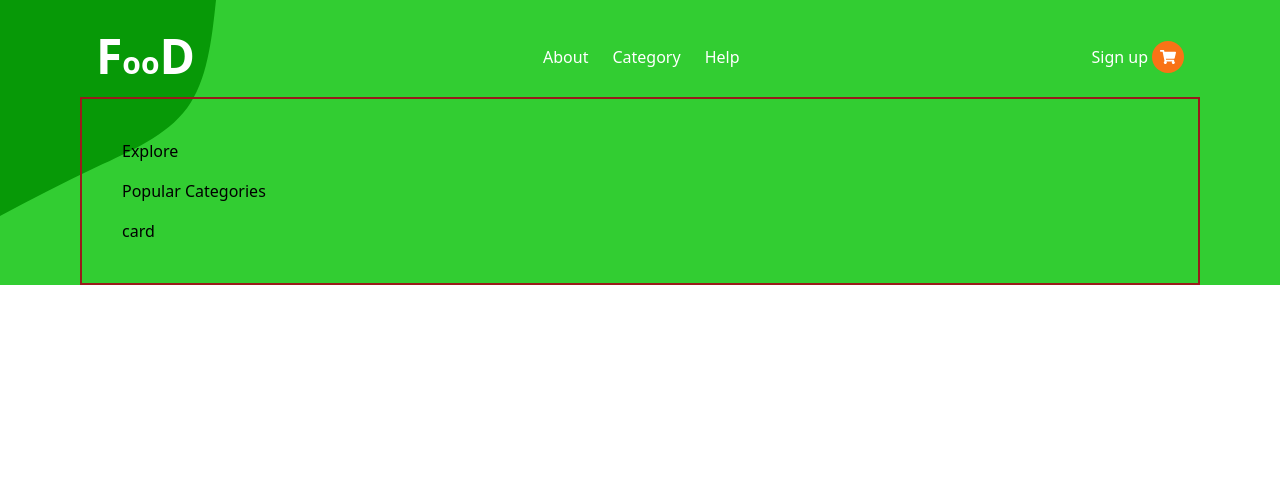
Repository: KhushiCode14/FoodWeb
Page: /category (app in frontend/)
An editor plug-in stored every save of this project. The page is shown before and after the next save, followed by the edit.
The browser window is 1280 px wide. The pictures show the whole page.
The project was rebuilt for these pictures with package versions that can differ from the ones it lists, and the page was loaded fresh each time. Also part of the build but not shown: frontend/src/Pages/Home.tsx, frontend/src/components/Home/SignUp.tsx, frontend/src/components/Home/SignIn.tsx, frontend/src/components/Home/Cart.tsx.

Above is the page before, as saved 2024-09-24 12:05:16.

### frontend/src/index.css
@tailwind base;
@tailwind components;
@tailwind utilities;

.bgBack{
  background-image: url(../src/components/images/background.svg);
}
.bgSignUp{
  background-image:url(../src/components/images/signUpBg.jpeg);
}
.SignUpShadow{
  box-shadow: rgba(0, 0, 0, 0.24) 0px 3px 8px;
}

### frontend/src/App.tsx
import { Route, BrowserRouter as Router, Routes, } from 'react-router-dom';
import './App.css';
import Navbar from './Pages/Navbar';
import Home from './Pages/Home';
import SignUp from './components/Home/SignUp';
import SignIn from './components/Home/SignIn';
import Cart from './components/Home/Cart';
import Category from './components/categories/Category';

function App() {
  return (
    <div className="App bgBack m-0 px-20 pt-2 max-sm:px-3 max-sm:pt-1">
      <Router>
        <Navbar />
        <Routes>
          <Route path="/" element={<Home />} />
          <Route path="/signUp" element={<SignUp />} />
          {/* Sign Up: This action is for new users who want to create an account. */}
          <Route path="/signIn" element={<SignIn />} />
          {/* Sign In: This action is for users who already have an account */}
          <Route path="/cart" element={<Cart />} />
         <Route  path="/category" element={<Category/>} />
          {/*<Route  path="/contact" element={Contact} /> */}
        </Routes>

      </Router>

    </div>
  );
}

export default App;

### frontend/src/Pages/Navbar.tsx
import { NavLink, Link } from "react-router-dom";
import { FaShoppingCart, FaCartPlus } from "react-icons/fa";
import { useState } from "react";
import { IoReorderThreeOutline } from "react-icons/io5";

interface Nav {
  to: string;
  linkName: string;
}

const Navbar: React.FC = () => {
  const [sign, setSign] = useState<string>('Sign up');
  const [menu, setMenu] = useState<boolean>(false);
  const [cart, setCart] = useState<JSX.Element>(<FaShoppingCart />);

  const navLinks: Nav[] = [
    { to: "/about", linkName: "About" },
    { to: "/category", linkName: "Category" },
    { to: "/help", linkName: "Help" },
  ];

  const handleSignToggle = () => {
    setSign((prev) => (prev === 'Sign up' ? 'Sign in' : 'Sign up'));
  };

  const handleCartToggle = () => {
    setCart((prevCart) =>
      prevCart.type === FaShoppingCart ? <FaCartPlus /> : <FaShoppingCart />
    );
  };

  return (
    <div className="mt-2 flex justify-between items-center text-white  p-4">
      <div className="font-bold text-3xl">
        <Link to="/">
          <span className="text-5xl">F</span>oo<span className="text-5xl">D</span>
        </Link>
      </div>

      {/* Desktop Menu */}
      <div className="hidden md:flex">
        {navLinks.map((link, index) => (
          <Link key={index} to={link.to} className="mx-3 hover:text-gray-400">
            {link.linkName}
          </Link>
        ))}
      </div>

      {/* Mobile Menu Button */}
      <div className="flex items-center relative">
        <button className="hidden md:block">
          <NavLink to="/signUp" onClick={handleSignToggle} className="m-1">
            {sign}
          </NavLink>
        </button>

        <div onClick={handleCartToggle} className="bg-orange-500 p-2 rounded-full cursor-pointer">
         <Link to="/cart"> {cart}</Link>
        </div>

        <div className="md:hidden flex items-center ml-3">
          <IoReorderThreeOutline onClick={() => setMenu(!menu)} className="text-2xl cursor-pointer" />
        </div>
      </div>

      {/* Mobile Dropdown Menu */}
      {menu && (
        <div className="md:hidden mt-2 absolute right-0 w-40 bg-orange-500  p-2 rounded-lg z-10 top-20">
          <ul className="flex flex-col">
            {navLinks.map((link, index) => (
              <li key={index} className="my-1">
                <Link to={link.to} className="block px-4 py-2 text-white text-1xl  hover:bg-orange-800 rounded">
                  {link.linkName}
                </Link>
              </li>
            ))}
          </ul>
        </div>
      )}
    </div>
  );
};

export default Navbar;

### frontend/src/components/categories/Category.tsx
import React from 'react'

const Category = () => {
  return (
    <div className='flex flex-col p-10 border-red-800 border-2 gap-4 justify-between'>
      <div className='flex-1'><button>Explore</button></div>
      <div className='flex-1' ><h1>Popular Categories</h1></div>
      {/* cards */}
      <div className='flex-1'>card </div>
    </div>
  )
}

export default Category

### frontend/tailwind.config.js
/** @type {import('tailwindcss').Config} */
module.exports = {
  content: [
    "./src/**/*.{js,jsx,ts,tsx}",
  ],
  theme: {
    extend: {
      fontFamily: {
        'cursive': ['Pacifico', 'cursive']
      }
    },
  },
  plugins: [],
}

### frontend/src/components/categories/Card.tsx
import React from 'react'
import { FaPizzaSlice, FaHamburger, FaIceCream } from 'react-icons/fa';
interface FoodItem {
  id: number;
  name: string;
  price: number;
  icon: JSX.Element;
}
const foodItems: FoodItem[] = [
  {
    id: 1,
    name: 'Pizza',
    price: 12.99,
    icon: <FaPizzaSlice />,
  },
  {
    id: 2,
    name: 'Burger',
    price: 8.99,
    icon: <FaHamburger />,
  },
  {
    id: 3,
    name: 'Ice Cream',
    price: 4.99,
    icon: <FaIceCream />,
  },
];

const Card: React.FC = () => {

  return (
    <div className="food-items-container">
      {foodItems.map((item) => (
        <div key={item.id} className="food-item">
          <div className="icon">{item.icon}</div>
          <h3>{item.name}</h3>
          <p>${item.price.toFixed(2)}</p>
        </div>
      ))}
    </div>
  )
}

export default Card

Loaded but not shown: frontend/public/index.html (common file); frontend/src/index.tsx (common file); frontend/src/reportWebVitals.ts (common file); frontend/src/App.css (no stored copy; drawn as an empty file)

After the next save:
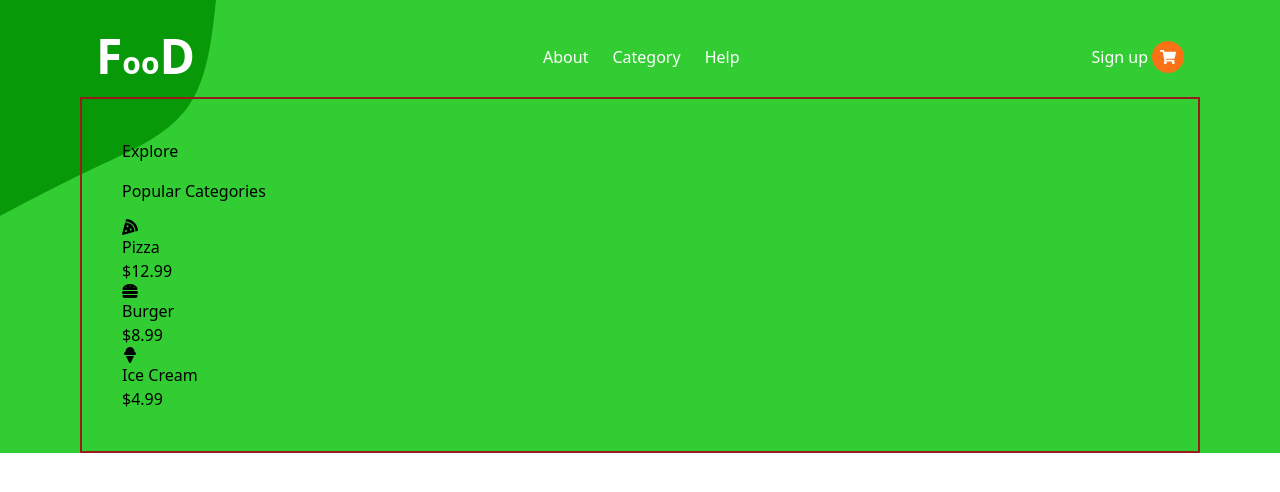
Saved 11 s later.
--- a/frontend/src/components/categories/Category.tsx
+++ b/frontend/src/components/categories/Category.tsx
@@ -1,4 +1,5 @@
 import React from 'react'
+import Card from './Card'
 
 const Category = () => {
   return (
@@ -6,7 +7,9 @@ const Category = () => {
       <div className='flex-1'><button>Explore</button></div>
       <div className='flex-1' ><h1>Popular Categories</h1></div>
       {/* cards */}
-      <div className='flex-1'>card </div>
+      <div className='flex-1'>
+       <Card/>
+      </div>
     </div>
   )
 }
